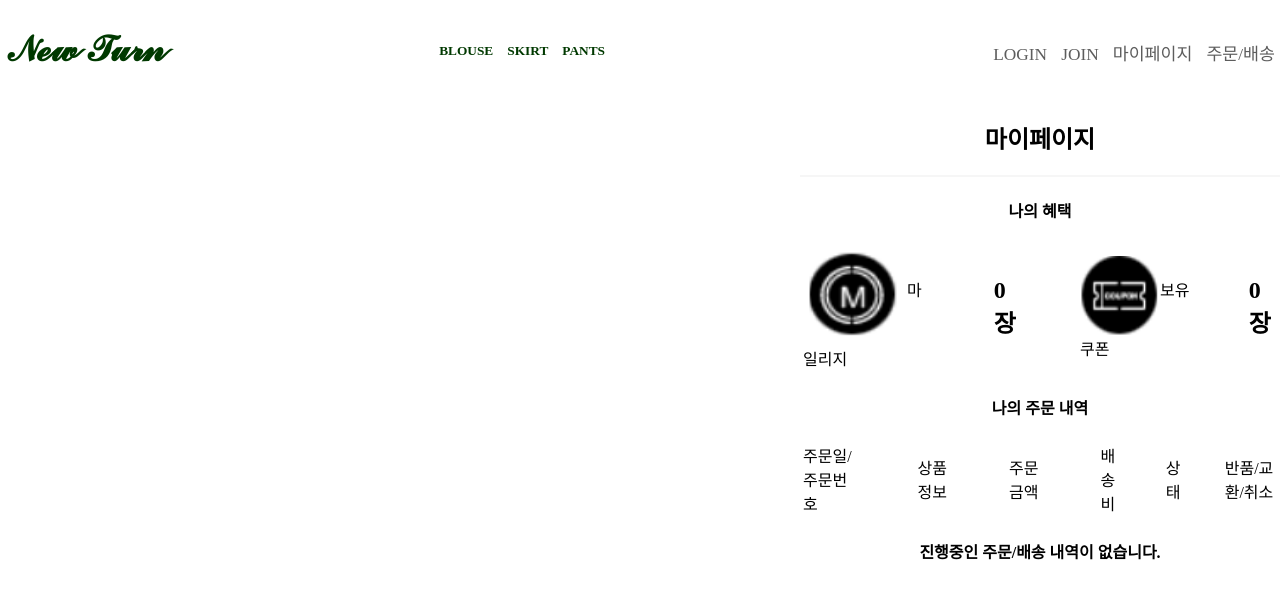
Repository: won0108/Port-Folio
Page: Creating_Homepage/Shopping/WebContent/마이페이지.html
An editor plug-in stored every save of this project. The page is shown before and after the next save, followed by the edit.
The browser window is 1280 px wide. The pictures show the whole page.

Above is the page before, as saved 2020-12-03 08:25:19.

After the next save:
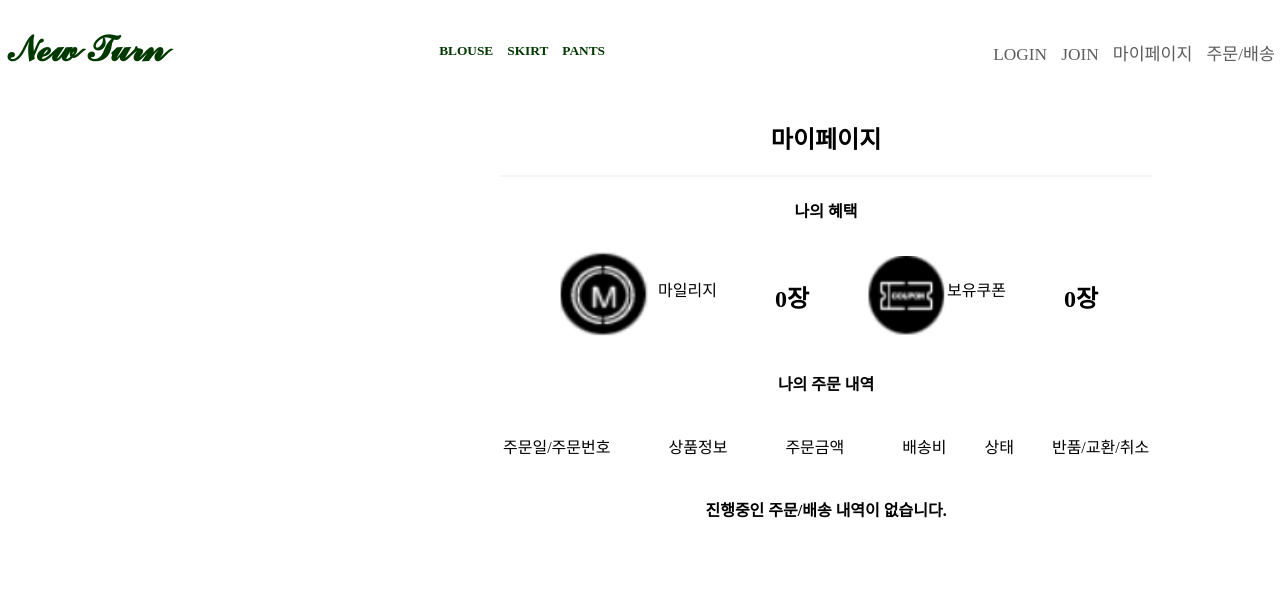
Saved 10 s later.
--- a/Creating_Homepage/Shopping/WebContent/마이페이지.html
+++ b/Creating_Homepage/Shopping/WebContent/마이페이지.html
@@ -66,7 +66,7 @@
 			<li><a href="pants.html">PANTS</a></li>
 		</ul>
 	</div>
-<div style="position: absolute; top: 100px; left: 800px;">
+<div style="position: absolute; top: 100px; left: 500px;">
 	<h2 align="center">마이페이지</h2>
 	<hr color="#F6F6F6">
 	<h4 align="center">나의 혜택</h4>
